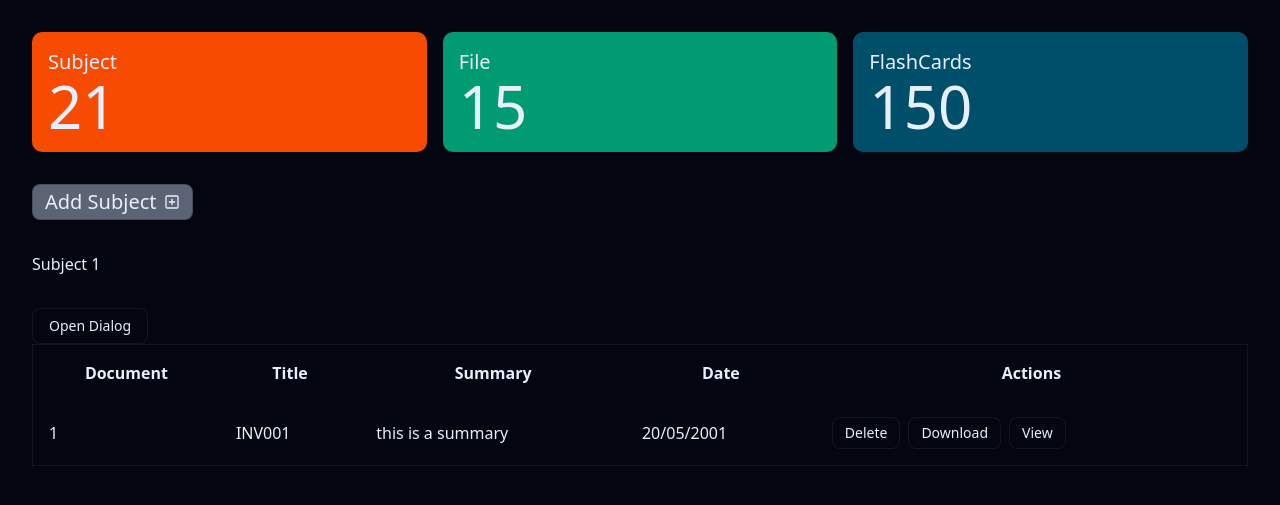
Repository: SywarDer/Student-Assistance
Page: /dashboard (app in student-assistant/)
The author's editor kept a copy of each file at every save. The page is drawn from the files as they stood at one save, then again after a run of saves.
The browser window is 1280 px wide. The pictures show the whole page.
The project was rebuilt for these pictures with package versions that can differ from the ones it lists, and the page was loaded fresh each time. The framework's server and built-in components were replaced by stand-ins that run in the browser. Also part of the build but not shown: student-assistant/next.config.ts, student-assistant/components/ui/input.tsx.

Above is the page before, as saved 2025-10-30 20:55:12.

After the next 2 saves:
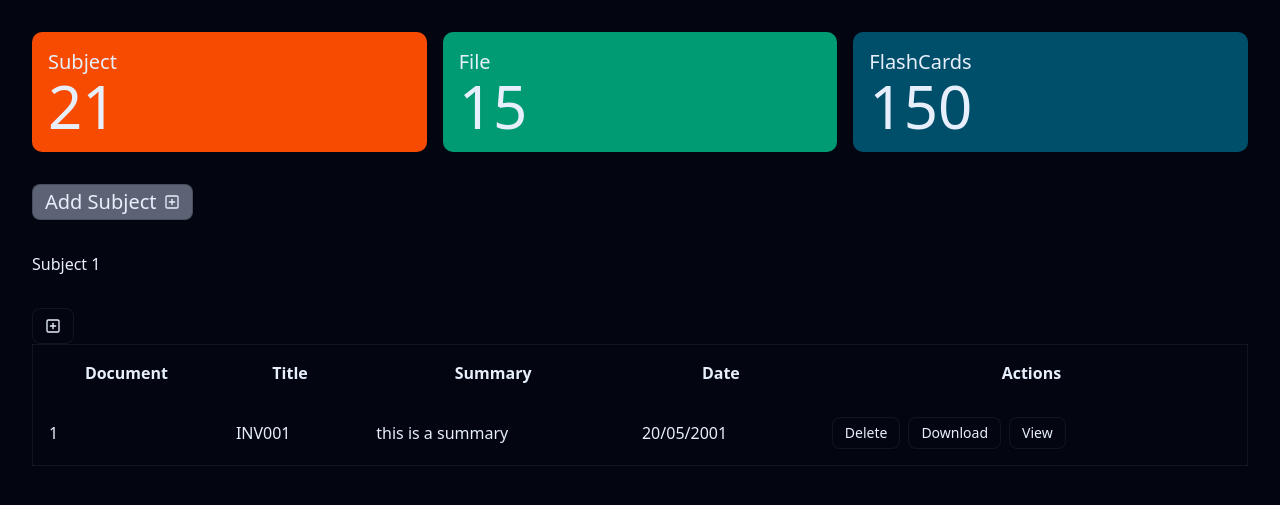
The 2 saves are shown as one change because they came seconds apart.
The last was saved 13 s later.
--- a/student-assistant/app/dashboard/page.tsx
+++ b/student-assistant/app/dashboard/page.tsx
@@ -94,7 +94,7 @@ export default function Dashboard() {
                     <Dialog>
                         <form>
                             <DialogTrigger asChild>
-                                <Button variant="outline">Open Dialog</Button>
+                                <Button variant="outline"><PlusSquare/></Button>
                             </DialogTrigger>
                             <DialogContent className="sm:max-w-[425px]">
                                 <div>
